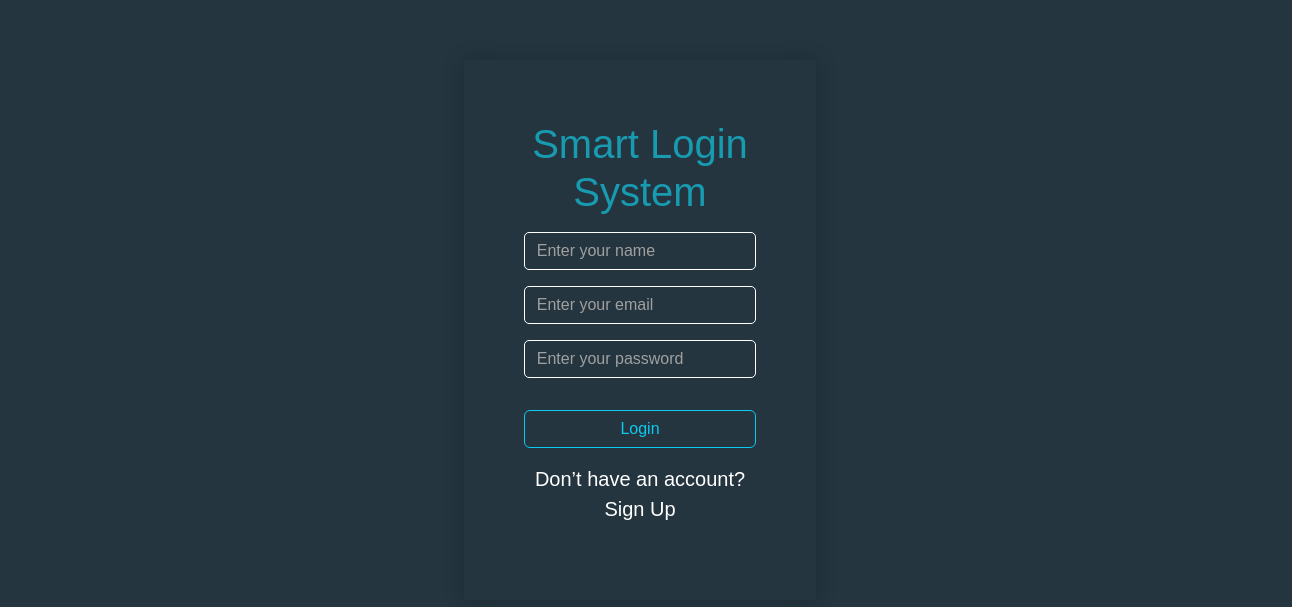
Repository: bodajava/TASK-4
Page: scoundIndex.html
These files come from the project's save history. The page is drawn as it stood at one moment and after the next save; the edit follows.
The browser window is 1280 px wide. The page is 1280 px wide, then 1292 px, so the pictures cover 1292 px, including what lies to the right of the window. The pictures show the whole page.

Above is the page before, as saved 2025-06-18 03:57:25.

After the next save:
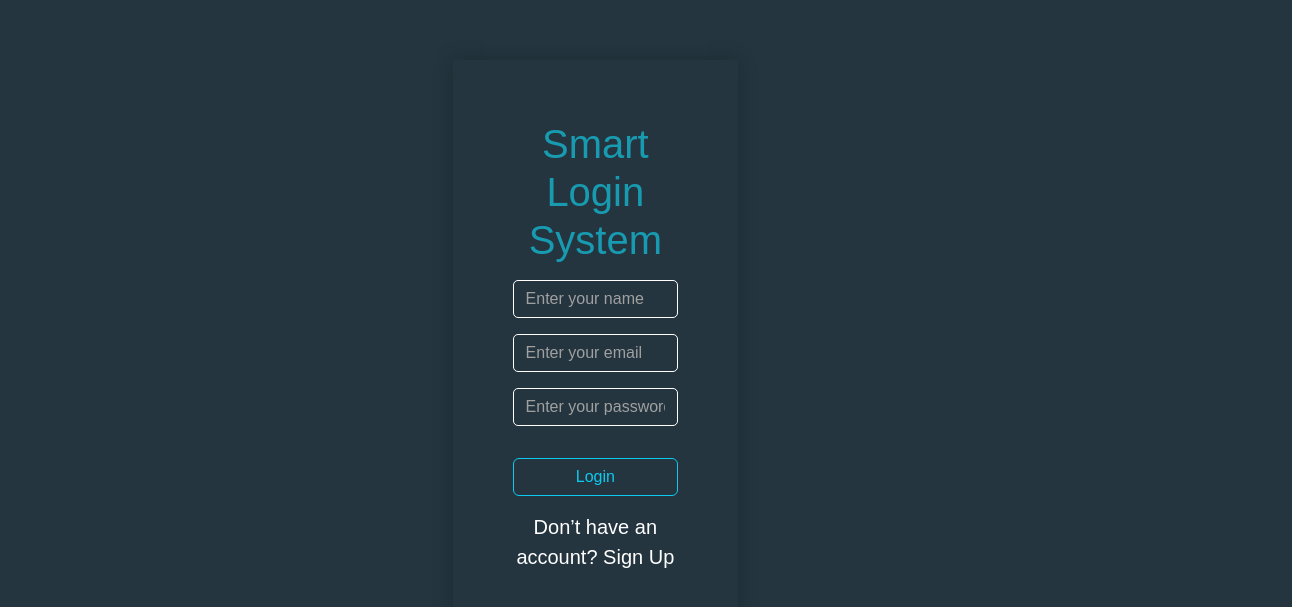
Saved 35 s later.
--- a/scoundIndex.html
+++ b/scoundIndex.html
@@ -9,35 +9,38 @@
     <title>Document</title>
   </head>
   <body>
+    <div class="row">
+      <div class="col-md-4">
         <div id="item" class="container text-center">
-      <div id="item2" class="m-auto w-75">
-        <h1>Smart Login System</h1>
-        <input
-          type="text"
-          class="form-control my-3"
-          placeholder="Enter your name"
-          id="signinEmail"
-        />
-        <input
-          type="password"
-          class="form-control my-3"
-          placeholder="Enter your email"
-          id="signinPassword"
-        />
-                <input
-          type="password"
-          class="form-control my-3"
-          placeholder="Enter your password"
-          id="signinPassword"
-        />
-               <button class="btn btn-outline-info w-100 my-3">
-         Login
-        </button>
-        <p class="paragraph">
-          Don’t have an account?
-          <a class="anchor" href="index.html">Sign Up</a>
-        </p>
+          <div id="item2" class="m-auto w-75">
+            <h1>Smart Login System</h1>
+            <input
+              type="text"
+              class="form-control my-3"
+              placeholder="Enter your name"
+              id="signinEmail"
+            />
+            <input
+              type="password"
+              class="form-control my-3"
+              placeholder="Enter your email"
+              id="signinPassword"
+            />
+            <input
+              type="password"
+              class="form-control my-3"
+              placeholder="Enter your password"
+              id="signinPassword"
+            />
+            <button class="btn btn-outline-info w-100 my-3">Login</button>
+            <p class="paragraph">
+              Don’t have an account?
+              <a class="anchor" href="index.html">Sign Up</a>
+            </p>
+          </div>
+        </div>
       </div>
+    </div>
     <script src="js/bootstrap.bundle.min.js"></script>
     <script src="js/index.js"></script>
   </body>
